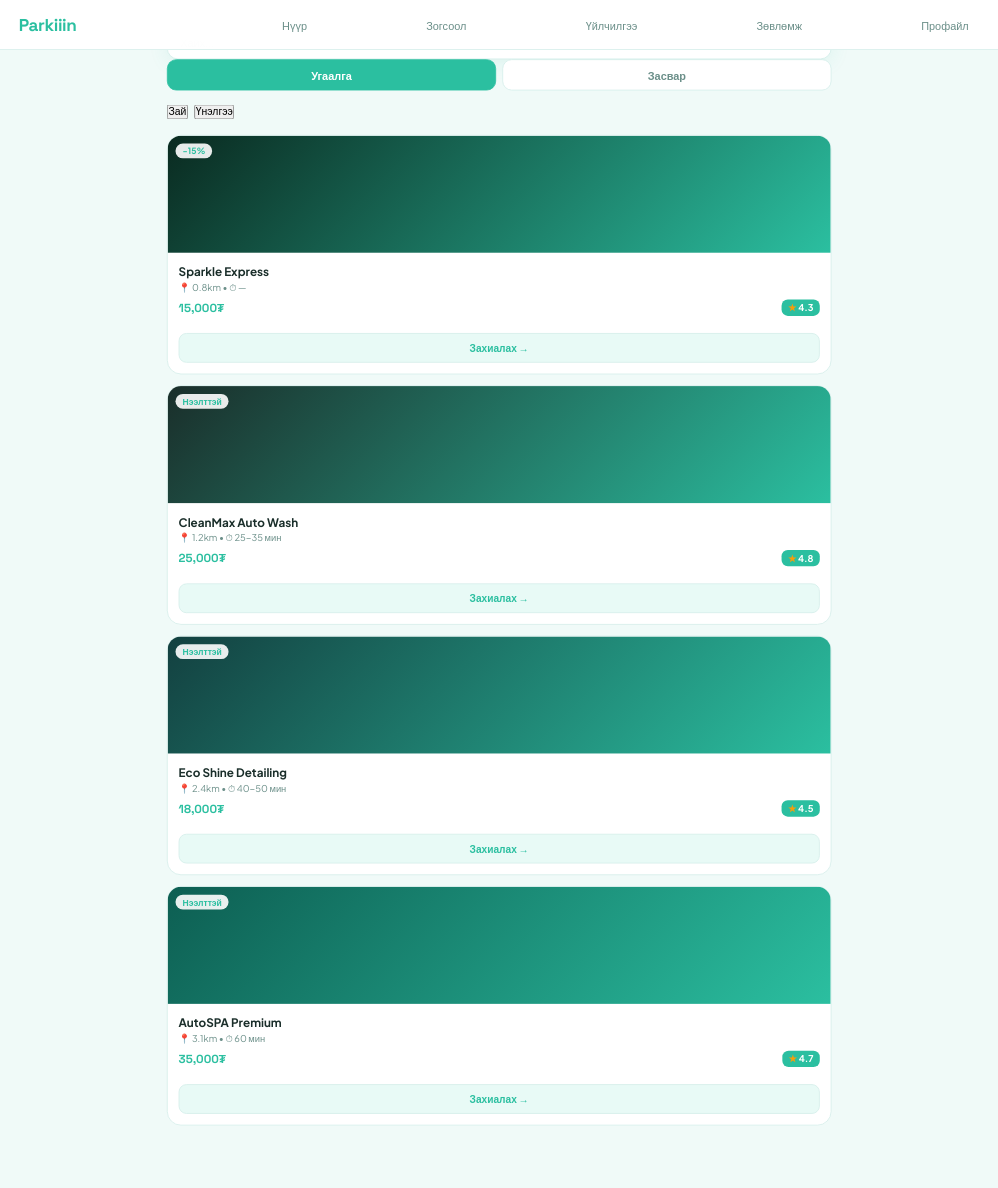
Repository: Enkhush03/Parkiiin_final
Page: / (app in frontend/)
An editor plug-in stored every save of this project. The page is shown before and after the next save, followed by the edit.
The browser window is 1280 px wide. The pictures show the whole page, at 78% of full size.
The project was rebuilt for these pictures with package versions that can differ from the ones it lists, and the page was loaded fresh each time. Also part of the build but not shown: frontend/vite.config.js.

Above is the page before, as saved 2026-05-04 23:04:08.

After the next save:
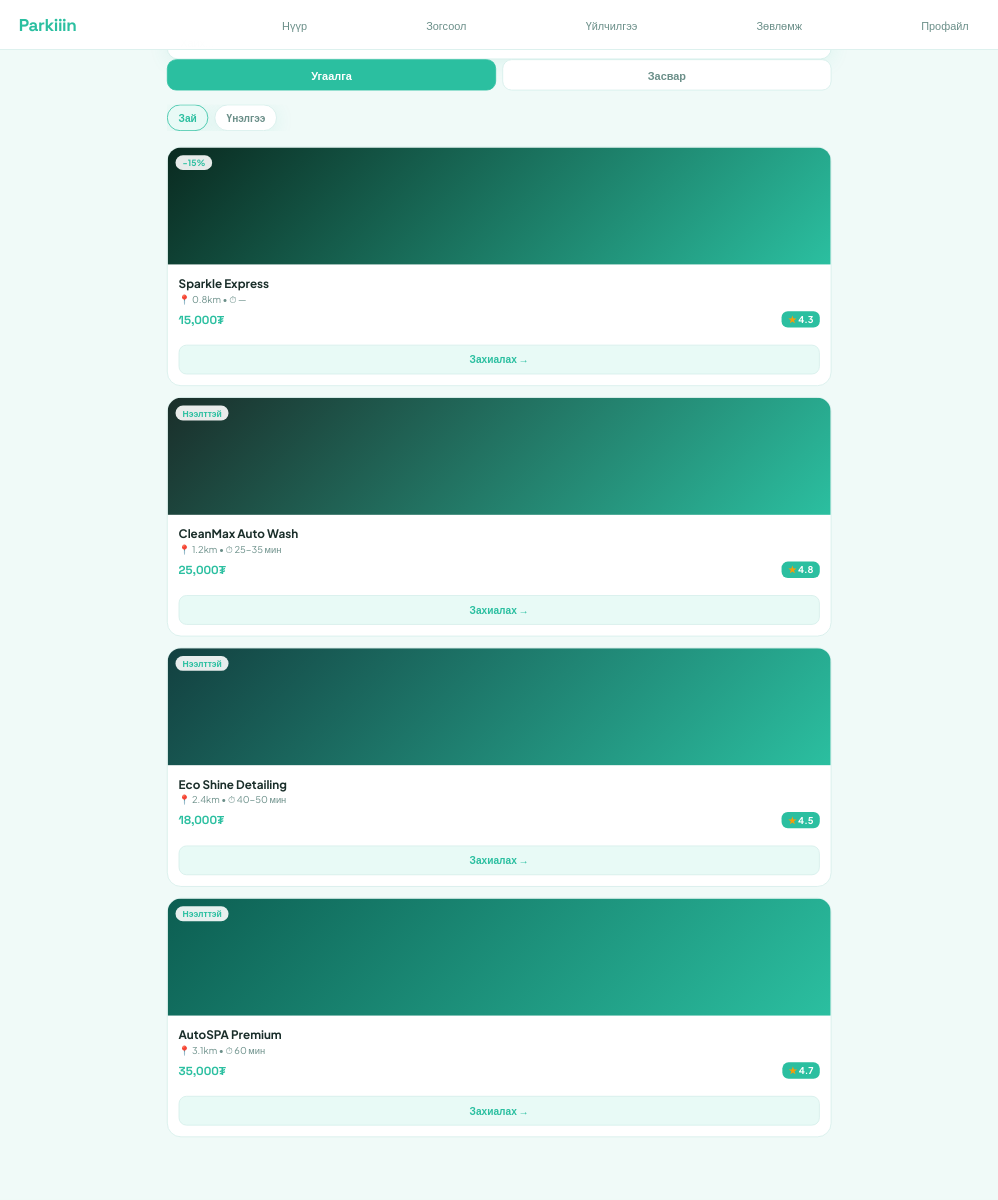
Saved 1 s later.
--- a/frontend/src/pages/nearby_washing.jsx
+++ b/frontend/src/pages/nearby_washing.jsx
@@ -100,12 +100,19 @@ export default function Washing() {
 
         {/* Sort */}
         <div className="wash-filters">
-          <button onClick={() => setSortType("distance")}>
-            Зай
-          </button>
-          <button onClick={() => setSortType("rating")}>
-            Үнэлгээ
-          </button>
+          <button
+  className={`wash-filter-sort ${sortType === "distance" ? "active" : ""}`}
+  onClick={() => setSortType("distance")}
+>
+  Зай
+</button>
+
+<button
+  className={`wash-filter-sort ${sortType === "rating" ? "active" : ""}`}
+  onClick={() => setSortType("rating")}
+>
+  Үнэлгээ
+</button>
         </div>
 
         {/* Cards */}
